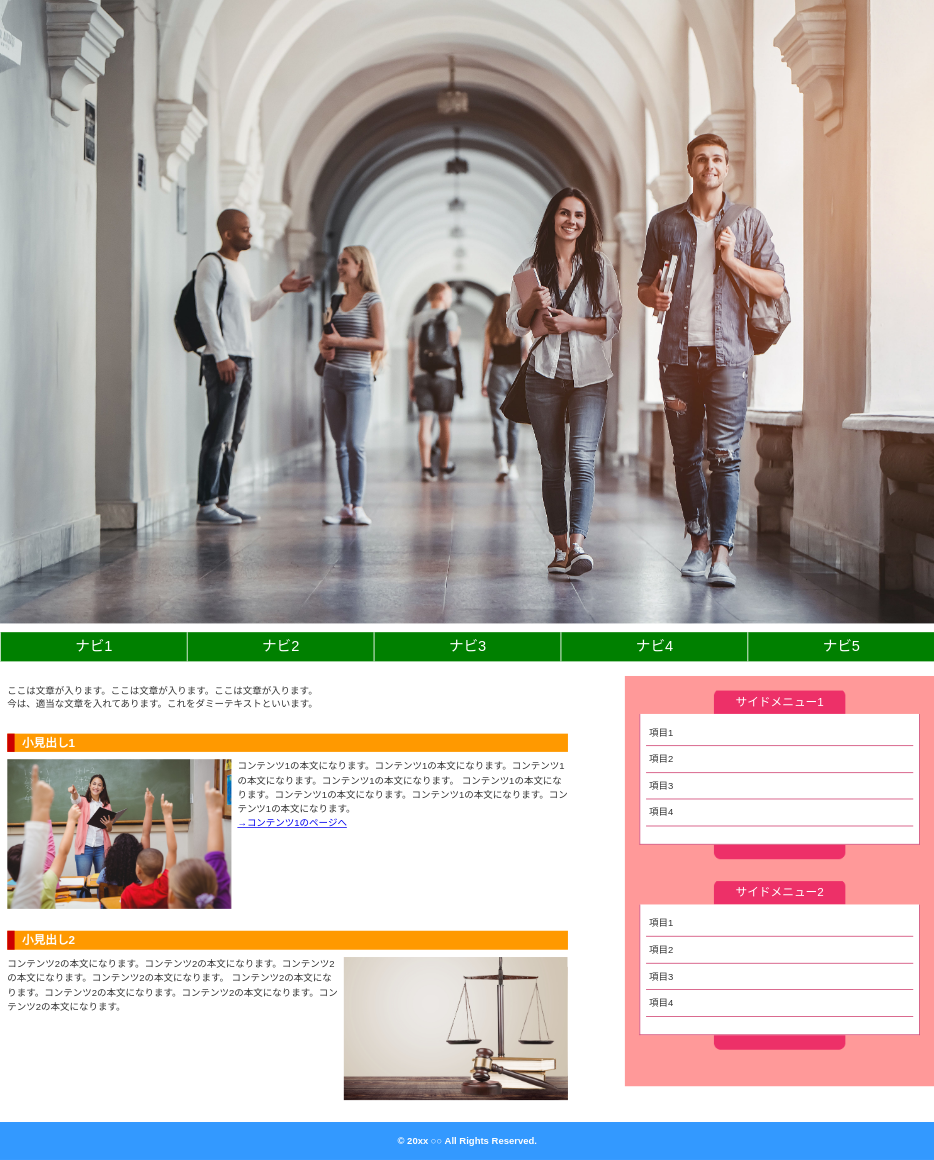
Repository: hayatesan8810/samurai_HTML-CSS
Page: home.html
The author's editor kept a record of every edit. The page is drawn from the files as they stood at one moment, then again after the next edit.
The browser window is 1280 px wide. The pictures show the whole page, at 73% of full size.

Above is the page before.

### home.html

<!DOCTYPE html>
<html lang="ja">
    <head>
        <meta charset="UTF-8">
        <title>HTML/CSSの学習</title>
        <link rel="stylesheet" href="stylesheet.css">
    </head>
    <body>
        <div id="header">
            <h1><a href="index.html"><img id="corridor" src="images/corridor.jpg" alt="大学の廊下" /></a></h1>
        </div>
        <div id="wrapper">
            <div id="nav">
                <ul>
                    <li><a href="home.html">ナビ1</a></li>
                    <li><a href="#">ナビ2</a></li>
                    <li><a href="#">ナビ3</a></li>
                    <li><a href="#">ナビ4</a></li>
                    <li><a href="#">ナビ5</a></li>
                </ul>
            </div>
            <div id="container">
                <div id="main">
                    <div class="post">
                        <p>ここは文章が入ります。ここは文章が入ります。ここは文章が入ります。<br />今は、適当な文章を入れてあります。これをダミーテキストといいます。</p>
                    </div>
                    <div class="post clearfix">
                        <h2>小見出し1</h2>
                        <img class="left" src="images/classroom.jpg" alt="授業風景" />
                        <p>
                            コンテンツ1の本文になります。コンテンツ1の本文になります。コンテンツ1の本文になります。コンテンツ1の本文になります。
                            コンテンツ1の本文になります。コンテンツ1の本文になります。コンテンツ1の本文になります。コンテンツ1の本文になります。
                        </p>
                        <p><a href="#">→コンテンツ1のページへ</a></p>
                    </div>
                    <div class="post clearfix">
                        <h2>小見出し2</h2>
                        <img class="right" src="images/scale.jpg" alt="天秤" />
                        <p>
                            コンテンツ2の本文になります。コンテンツ2の本文になります。コンテンツ2の本文になります。コンテンツ2の本文になります。
                            コンテンツ2の本文になります。コンテンツ2の本文になります。コンテンツ2の本文になります。コンテンツ2の本文になります。
                        </p>
                    </div>
                </div>
                <div id="side">
                    <div class="box">
                        <h2>サイドメニュー1</h2>
                        <div class="boxBody">
                            <ul>
                                <li>項目1</li>
                                <li>項目2</li>
                                <li>項目3</li>
                                <li>項目4</li>
                            </ul>
                        </div>
                    </div>
                    <div class="box">
                        <h2>サイドメニュー2</h2>
                        <div class="boxBody">
                            <ul>
                                <li>項目1</li>
                                <li>項目2</li>
                                <li>項目3</li>
                                <li>項目4</li>
                            </ul>
                        </div>
                    </div>
                </div>
            </div>
        </div>
        <div id="footer">
            <p>&copy; 20xx ○○ All Rights Reserved.</p>
        </div>
    </body>
</html>

### stylesheet.css
@charset "utf-8";

body {
	margin: 0;
	padding: 0;
	font-family: "ヒラギノ角ゴ Pro W3", "Hiragino Kaku Gothic Pro", "メイリオ", Meiryo, Osaka, "ＭＳ Ｐゴシック", "MS PGothic", sans-serif;
	color: #333;
	font-size: 13px;
	line-height: 150%;
}

/* -------------------- wrapper -------------------- */
#wrapper {
	width: 100%;
	margin: auto;
	padding: 0px;
	border: 0px;
	background-color: #FFF;
	top: 10px;
	position: relative;
}

/* -------------------- header -------------------- */
#header {
	width: 100%;
}
#header h1 {
	margin: 0;
	padding: 0;
}

#corridor {
	width: 100%;
	height: auto;
}

/* -------------------- footer -------------------- */
#footer {
	clear: both;
	width: 100%;
	padding: 3px 0 3px 0;
	background: #39F;
	color: #FFF;
	font-weight: bold;
	text-align: center;
}

/* -------------------- nav -------------------- */
#nav {
	width: 100%;
}
#nav ul {
	margin: 0;
	padding: 0;
	list-style-type: none;
}
#nav ul li {
	float: left;
	width: 20%;
	text-align: center;
}
#nav ul li a {
	display: block;
	height: 20px;
	margin: 0;
	padding: 10px;
	color: #FFF;
	font-size: 20px;
	text-decoration: none;
	background-color: green;
    border-left: 1px solid white;
}
#nav ul li a:hover{
	filter: drop-shadow(10px 10px 10px black);
}

/* -------------------- container -------------------- */
#container {
	width: 100%;
	margin: auto ;
	padding-top: 20px;
	clear: both;
}
/* -------------------- main -------------------- */
#main {
	float: left;
	width: 60%;
	padding: 10px 30px 10px 10px;
}
#main h2 {
	margin: 0 0 10px 0;
	padding: 3px 10px 3px 10px;
	color: #FFF;
	font-size: 16px;
	border-left: solid 10px #C00;
	background-color: #F90;
}
#main p {
	margin: 0;
	padding: 0;
}
#main .post {
	margin: 0 0 30px 0;
}

#main .post img.right {
	margin: 0 0 0 8px;
}
#main .post img.left {
	margin: 0 8px 0 0;
}

.right {
	float: right;
	width: 40%;
	height: auto;
}
.left {
	float: left;
	width: 40%;
	height: auto;
}

/* -------------------- clearfix -------------------- */
.clearfix {
	zoom: 1;
}
.clearfix:after{
	content: "";
	display: block;
	clear: both;
}

/* -------------------- side -------------------- */
#side {
	float: right;
	width: 30%;
	padding: 20px;
	background-color: #F99;
}
#side .box {
	margin: 0 auto 30px auto;
	padding: 0 0 20px 0;
	background: url(images/side_box.png) bottom no-repeat;
}
#side .box h2 {
	margin: 0;
	padding: 8px;
	text-align: center;
	color: #fff;
	font-size: 16px;
	line-height: 16px;
	font-weight: normal;
	background: url(images/side_box_h2.png) center no-repeat;
}
#side .box .boxBody {
	padding: 8px;
	border-right: solid 1px #C36;
	border-bottom: solid 1px #C36;
	border-left: solid 1px #C36;
	background: #fff;
}
#side .box .boxBody ul {
	margin: 0 0 16px 0;
	padding: 0;
}
#side .box .boxBody ul li {
	padding: 8px 0 8px 4px;
	list-style: none;
	border-bottom: solid 1px #C36;
}
#side.box.boxBody ul li:hover{
	padding: 8px 0 8px 4px;
	list-style: none;
	border-bottom: solid 1px #c36;
	box-shadow: 0px 4px 4px rgba(0,0,0,0.3);
}

After the next edit:
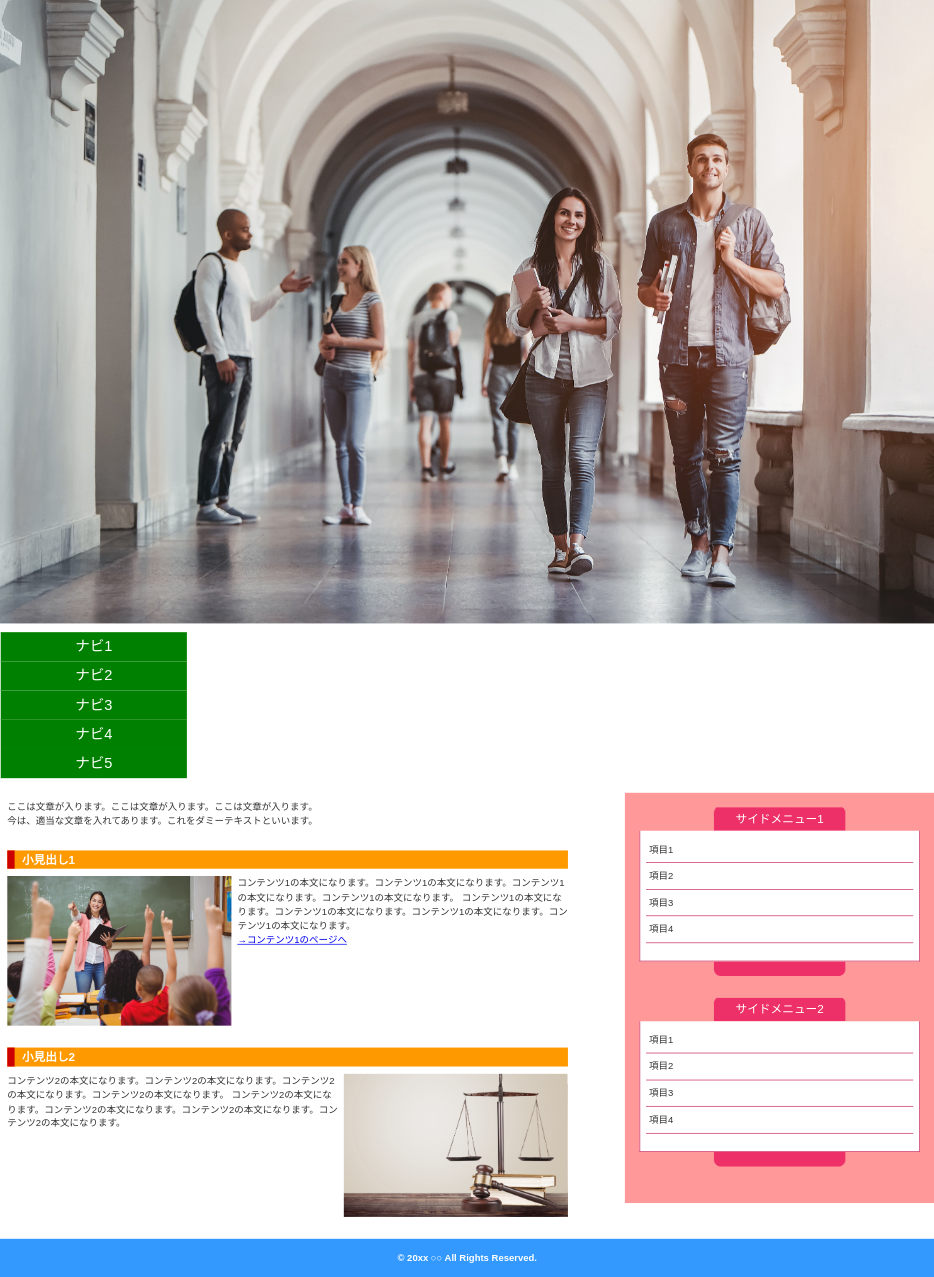
The edit:
--- a/stylesheet.css
+++ b/stylesheet.css
@@ -55,7 +55,6 @@
 	list-style-type: none;
 }
 #nav ul li {
-	float: left;
 	width: 20%;
 	text-align: center;
 }

After the edit that followed:
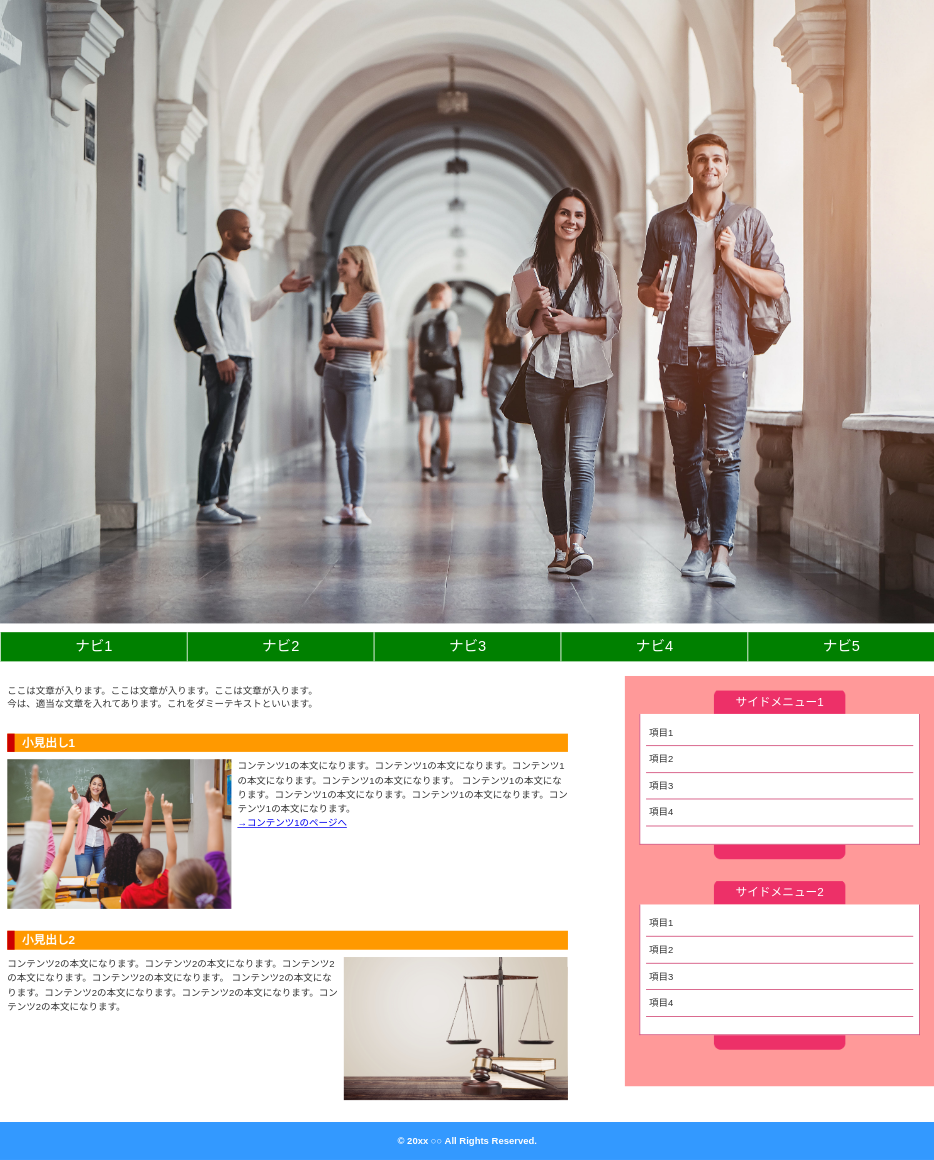
The edit:
--- a/stylesheet.css
+++ b/stylesheet.css
@@ -50,6 +50,7 @@
 	width: 100%;
 }
 #nav ul {
+	display: flex;
 	margin: 0;
 	padding: 0;
 	list-style-type: none;
